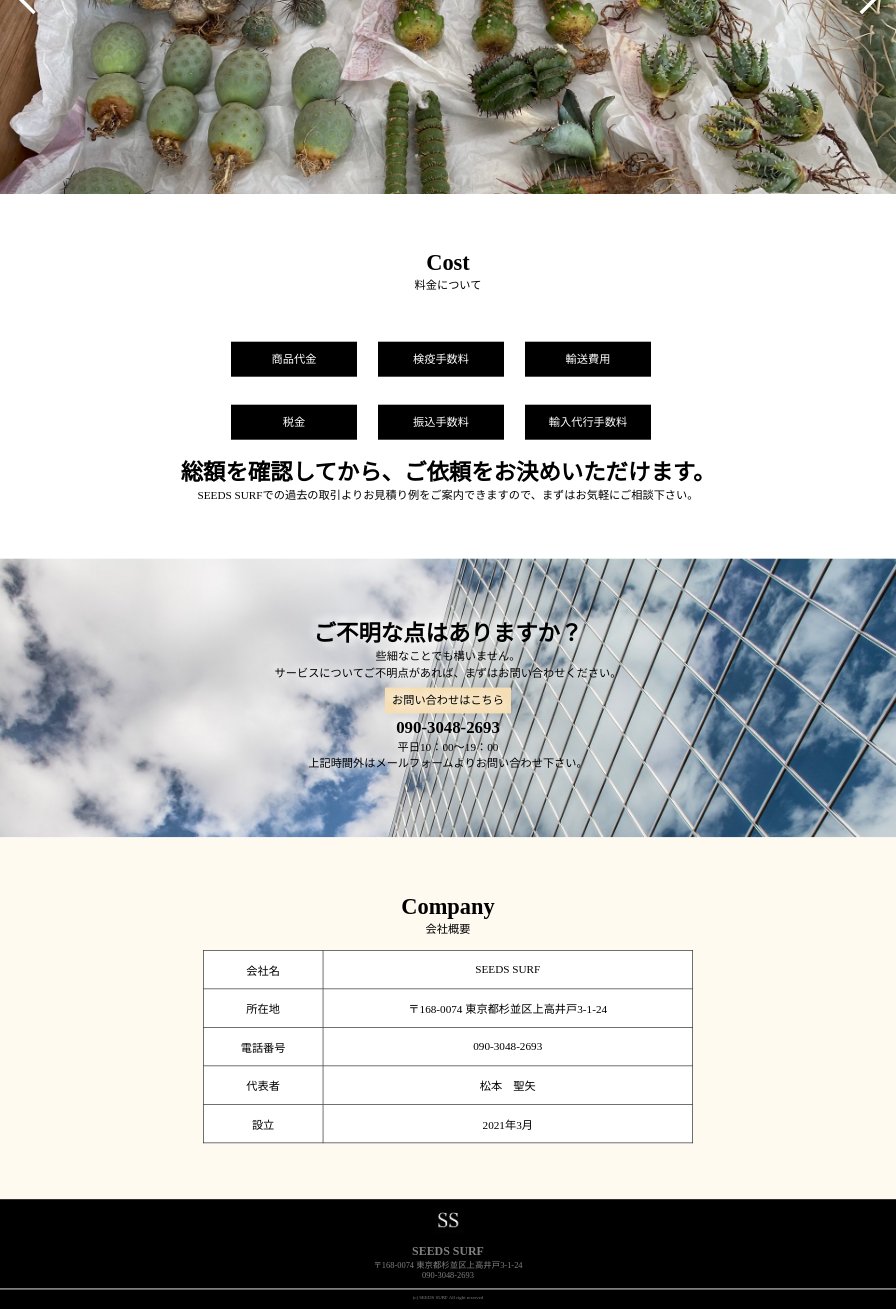
Repository: Seiya00002/seeds-surf-lp
Page: index.html
The author's editor kept a copy of each file at every save. The page is drawn from the files as they stood at one save, then again after the next save.
The browser window is 1280 px wide. The pictures show the part of the page from y = 2173 to 4093 px (the page is 4043 px tall before and 4093 px after), at 70% of full size.

Above is the page before, as saved 2023-07-16 07:52:52.

After the next save:
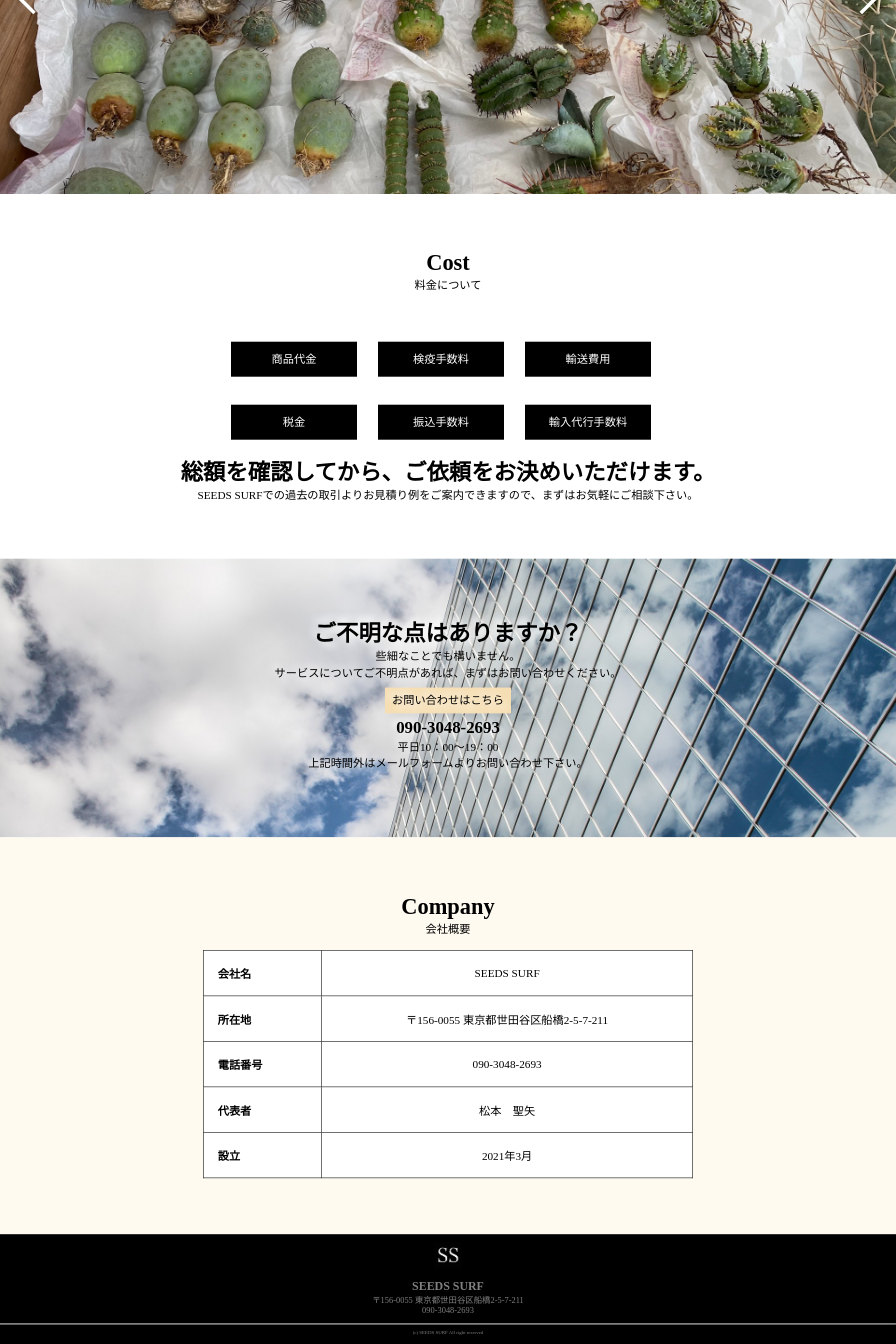
Saved 2 min 36 s later.
--- a/index.html
+++ b/index.html
@@ -273,23 +273,23 @@
                 <p>会社概要</p>
                 <table align="center" class="company">
                     <tr>
-                        <td>会社名</td>
+                        <th>会社名</th>
                         <td>SEEDS SURF</td>
                     </tr>
                     <tr>
-                        <td>所在地</td>
-                        <td>〒168-0074 東京都杉並区上高井戸3-1-24</td>
-                    </tr>
-                    <tr>
-                        <td>電話番号</td>
+                        <th>所在地</th>
+                        <td>〒156-0055 東京都世田谷区船橋2-5-7-211</td>
+                    </tr>
+                    <tr>
+                        <th>電話番号</th>
                         <td>090-3048-2693</td>
                     </tr>
                     <tr>
-                        <td>代表者</td>
+                        <th>代表者</th>
                         <td>松本　聖矢</td>
                     </tr>
                     <tr>
-                        <td>設立</td>
+                        <th>設立</th>
                         <td>2021年3月</td>
                     </tr>
                 </table>
@@ -308,7 +308,7 @@
                     height="40"
                     class="logo">
                 <h1>SEEDS SURF</h1>
-                <p>〒168-0074 東京都杉並区上高井戸3-1-24<br>090-3048-2693</p>
+                <p>〒156-0055 東京都世田谷区船橋2-5-7-211<br>090-3048-2693</p>
                 <hr color="gray">
                 <small>(c) SEEDS SURF All right reserved</small>
             </div>
